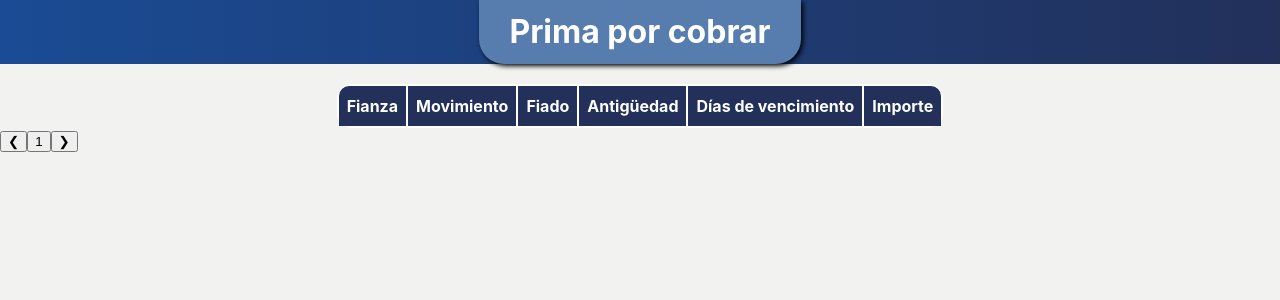
Repository: PCGP22/prueba-t-cnica-liberty-finanzas
Page: / (app in Prueba técnica full-stack/client/)
The author's editor kept a copy of each file at every save. The page is drawn from the files as they stood at one save, then again after the next save.
The browser window is 1280 px wide. The pictures show the whole page.
The page's requests for data from a server got no answer. The project was rebuilt for these pictures with package versions that can differ from the ones it lists, and the page was loaded fresh each time. No one was signed in, and anything a server would have sent is missing. Also part of the build but not shown: Prueba técnica full-stack/client/vite.config.js, Prueba técnica full-stack/client/src/components/Card.jsx, Prueba técnica full-stack/client/src/components/CardsContainer.jsx, Prueba técnica full-stack/client/src/components/Filters.jsx.

Above is the page before, as saved 2023-11-14 08:06:05.

### Prueba técnica full-stack/client/src/App.jsx
import { dataContext } from "./context/dataContext";
import Table from "./components/Table";
import { useEffect, useReducer } from "react";
import Pagination from "./components/pagination";
import reducer from "./hooks/Reducer";
import Header from "./components/Header";

function App() {
  let url = "http://localhost:5000/primas";
  const initialState = {
    backupData: {},
    data: {},
    dataToShow: {},
    currentPage: 1,
    maxPages: 1,
    contentPerPage: 8,
  };

  const [state, dispatch] = useReducer(reducer, initialState);
  useEffect(() => {
    fetch(url)
      .then((res) => res.json())
      .then((data) => dispatch({ type: "initialize", payload: data.primas }));
  }, [url]);

  return (
    <dataContext.Provider value={[state, dispatch]}>
      <Header />
      <Table />
      <Pagination />
    </dataContext.Provider>
  );
}

export default App;

### Prueba técnica full-stack/client/src/index.css
:root {
  font-family: Inter, system-ui, Avenir, Helvetica, Arial, sans-serif;
  line-height: 1.5;
  font-weight: 400;
  --background-color: #f2f2f1;
  --darkest-blue: #22305a;
  --blue: #1a4b94;
  --light-blue: #577dae;
  --lightest-blue: #9fbde4;
  --status-red: #de7878;
  --status-yellow: #f6c476;
  --status-green: #8fc475;
  --icon-red: #b93d3d;
  --icon-green: #6cb85d;
  --text-blue: #3a689d;
  --text-red:  #af2e2c;
  --box-shadow: black 2px 2px 5px;
}
body, h1{
  margin: 0;
  padding: 0;
}
body{
  background-color:var(--background-color);
}
header{
  display: flex;
  flex-direction: column;
  align-items: center;
}
h1{
  display: inline-block;
  padding: 8px 30px;
  border-radius: 0 0 25px 25px;
  background-color: var(--light-blue);
  color:white;
  text-align: center;
  box-shadow: var(--box-shadow);
}

header{
  background-image: linear-gradient(to right,var(--blue), var(--darkest-blue));
  width: 100%;
}

.filters{
  margin-top: 40px;
  display: flex;
  gap: 40px;
  align-self: flex-start;
  padding-left: 5%;
}
.filters select{
  height: 40px;
  font-size: larger;
  border-radius: 5px;
  border: black 2px solid;
}

.cards{
  padding: 2% 5%;
  box-sizing: border-box;
  display: flex;
  justify-content: space-between;
  width: 100%;
}

.cards figure{
  background-color: var(--background-color);
  min-width: 250px;
  padding: 0.5% 2%;
  border-radius: 10px;
  box-shadow: var(--box-shadow);
}

.cards figure h3{
  margin: 0;
}

.cards figure > p{
  font-size: 1.8em;
  text-align: center;
}

.cards div{
  display: inline-flex;
  flex-wrap: wrap;
  max-width: 40%;
  align-items: center;
  justify-content: center;
  gap:20px;
}

.cards div p {
  margin: 0;
}

.cards div p:first-of-type {
  font-size: 1.5em;
}

.cards div p:last-of-type{
  font-size: 1.2em;
  margin: 0;
}

.icon{
  background-image: linear-gradient(to right,var(--blue), var(--darkest-blue));
  font-size: 1.5em;
  padding: 4px;
  border-radius: 50%;
}
.positive{
  color:var(--text-blue);
  margin-right: 20px;
}
.negative{
  color:var(--text-red);
  margin-left:20px;
}
.cross{
  color: var(--icon-red)
}
.check{
  color: var(--icon-green)
}

table{
  margin: auto;
  margin-top: 20px;
  background-color:white;
  border-radius:15px;
}
table tr:first-child{
  background-color:var(--darkest-blue);
  color:white;
}

table tr th:first-child{
  border-radius:10px 0 0 0;
}

table tr th:last-child{
  border-radius: 0 10px  0 0;
}
table tr th{
  padding: 8px;
}

### Prueba técnica full-stack/client/src/context/dataContext.js
import { createContext } from "react";

export const dataContext = createContext();

### Prueba técnica full-stack/client/src/components/Table.jsx
import { calculateAntiquityInDays } from "../utils/utils";
import { useContext } from "react";
import { dataContext } from "../context/dataContext";

function Table() {
  const [state, dispatch] = useContext(dataContext);

  return (
    <table>
      <tbody>
        <tr>
          <th>Fianza</th>
          <th>Movimiento</th>
          <th>Fiado</th>
          <th>Antigüedad</th>
          <th>Días de vencimiento</th>
          <th>Importe</th>
        </tr>
        {state.dataToShow.length > 0 &&
          state.dataToShow.map((t) => {
            let antiquity = calculateAntiquityInDays(
              t.datos["fecha de emisión"]
            );
            let daysSinceStale = calculateAntiquityInDays(
              t.datos["fecha de vencimiento"]
            );
            if (daysSinceStale < 0) daysSinceStale = 0;
            return (
              <tr key={t.datos.código_de_fianza}>
                <td>{t.datos.código_de_fianza}</td>
                <td>{t.datos.tipo_de_movimiento}</td>
                <td>{t.datos.fiado}</td>
                <td>{antiquity}</td>
                <td>{daysSinceStale}</td>
                <td>${t.datos.importe.toLocaleString()}</td>
              </tr>
            );
          })}
      </tbody>
    </table>
  );
}

export default Table;

### Prueba técnica full-stack/client/src/components/pagination.jsx
import { useContext } from "react";
import { dataContext } from "../context/dataContext";

function Pagination() {
  const [state, dispatch] = useContext(dataContext);

  //   return <button onClick={() => dispatch({ type: "change" })}>Cambiar</button>;
  //   const { state.maxPages, state.currentPage, setstate.CurrentPage, setNextPage, setPrevPage } =
  // useContext(dataContext);
  //This pagination is somewhat complex because I've used it before in bigger proyects.
  //First, it initializes the pagination buttons to the first 6 numbers except for the number 1
  //The reason it doesn't includes the first page is because the first and last page buttons are always shown
  let pagesButtons = [2, 3, 4, 5, 6];
  //while the current page stays on the first three pages, show all first 6
  //The reason for the if, it's that I want the first 6 buttons to be shown when returning from the latest pages
  if (
    state.currentPage === 1 ||
    state.currentPage === 2 ||
    state.currentPage === 3
  ) {
    pagesButtons = [2, 3, 4, 5, 6];
  }
  //As soon as we change to page 4 or more, let's follow the current page and
  //add two buttons to the left and two to the right
  if (state.currentPage >= 4) {
    pagesButtons = [
      state.currentPage - 2,
      state.currentPage - 1,
      state.currentPage,
      state.currentPage + 1,
      state.currentPage + 2,
    ];
  }
  //When approaching to the right end of the pagination, show the last 5 pages
  if (
    state.currentPage === state.maxPages - 1 ||
    state.currentPage === state.maxPages - 2 ||
    state.currentPage === state.maxPages
  ) {
    //The reason it doesn't includes the last page is because the first and last page buttons are always shown
    pagesButtons = [
      state.maxPages - 5,
      state.maxPages - 4,
      state.maxPages - 3,
      state.maxPages - 2,
      state.maxPages - 1,
    ];
  }
  return (
    <section className="pagination">
      <button
        //About the class: When in first or last page the navigation chevrons will have a special class
        //The same happens when the button is the current page
        className={`${state.currentPage === 1 && "disabled"}`}
        onClick={() => dispatch({ type: "prevPage" })}>
        ❮
      </button>
      {/* First button, always shown */}
      <button
        className={`${state.currentPage === 1 && "disabled"}`}
        onClick={() => dispatch({ type: "setPage", payload: 1 })}>
        1
      </button>
      {/* Adds three dots in case the current page is bigger than 4*/}
      {state.currentPage > 4 && <p>•••</p>}
      {/* Map through all pages defined in the first part*/}
      {pagesButtons.map((p) => {
        if (p > 1 && p < state.maxPages)
          return (
            <button
              className={`${state.currentPage === p && "disabled"}`}
              key={p}
              onClick={() => dispatch({ type: "setPage", payload: p })}>
              {p}
            </button>
          );
      })}
      {/* Adds three dots in case the current page is getting closer to the right end*/}
      {state.currentPage < state.maxPages - 3 && <p>•••</p>}
      {/* If there's more than 1 page, show always the last page*/}
      {state.maxPages > 1 && (
        <button
          className={`${state.currentPage === state.maxPages && "disabled"}`}
          onClick={() =>
            dispatch({ type: "setPage", payload: state.maxPages })
          }>
          {state.maxPages}
        </button>
      )}
      <button
        className={`${state.currentPage === state.maxPages && "disabled"}`}
        onClick={() => dispatch({ type: "nextPage" })}>
        ❯
      </button>
    </section>
  );
}

export default Pagination;

### Prueba técnica full-stack/client/src/hooks/Reducer.js
function reducer(state, action) {
  function divideData(data, currentPage, state) {
    let dividedData = data.slice(
      (currentPage - 1) * state.contentPerPage,
      currentPage * state.contentPerPage
    );
    return dividedData;
  }
  function calculateMaxPages(data, state) {
    let maxPages = Math.ceil(data.length / state.contentPerPage);
    return maxPages;
  }
  const { type, payload } = action;
  switch (type) {
    case "initialize":
      return {
        ...state,
        backupData: payload,
        data: payload,
        dataToShow: divideData(payload, 1, state),
        maxPages: calculateMaxPages(payload, state),
      };
    case "prevPage":
      if (state.currentPage > 1) {
        return {
          ...state,
          currentPage: state.currentPage - 1,
          dataToShow: divideData(state.data, state.currentPage - 1, state),
        };
      } else return state;
    case "nextPage":
      if (state.currentPage < state.maxPages) {
        return {
          ...state,
          currentPage: state.currentPage + 1,
          dataToShow: divideData(state.data, state.currentPage + 1, state),
        };
      } else return state;
    case "setPage":
      return {
        ...state,
        currentPage: payload,
        dataToShow: divideData(state.data, payload, state),
      };
    case "filter":
      if (payload.filter === "") {
        return { ...state, dataToShow: state.backupData };
      } else
        return {
          ...state,
          dataToShow: state.backupData.filter(
            (d) => d[payload.type] === payload.filter
          ),
        };
    default:
      return state;
  }
}

export default reducer;

### Prueba técnica full-stack/client/src/components/Header.jsx
import CardsContainer from "./CardsContainer";
import Filters from "./Filters";

function Header() {
  return (
    <header>
      <h1>Prima por cobrar</h1>
      <Filters />
      <CardsContainer />
    </header>
  );
}

export default Header;

### Prueba técnica full-stack/client/src/utils/utils.js
//This function calculates how many days have passed since a date
export function calculateAntiquityInDays(date) {
  let parsedDate = parseDate(date);
  const CONSTANT_Ms_TO_DAYS = 86400000;
  let today = new Date();
  let comparisonDate = new Date(parsedDate);
  return Math.trunc((today - comparisonDate) / CONSTANT_Ms_TO_DAYS) - 1;
}

//transforms the date DD/MM/YYYY to an acceptable MM/DD/YYYY
function parseDate(date) {
  let stringToArray = date.split("/");
  let temp = stringToArray[0];
  stringToArray[0] = stringToArray[1];
  stringToArray[1] = temp;
  return stringToArray.join("/");
}

Loaded but not shown: Prueba técnica full-stack/client/index.html (common file); Prueba técnica full-stack/client/src/main.jsx (common file)

After the next save:
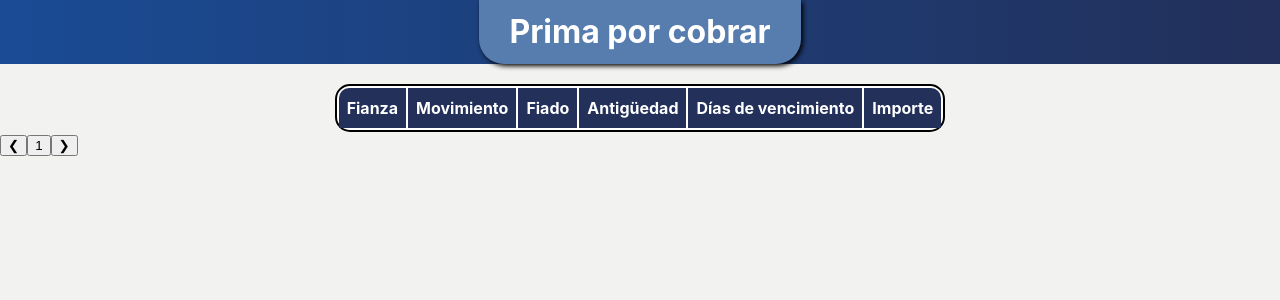
Saved 26 s later.
--- a/Prueba técnica full-stack/client/src/index.css
+++ b/Prueba técnica full-stack/client/src/index.css
@@ -146,3 +146,7 @@ table tr th:last-child{
 table tr th{
   padding: 8px;
 }
+
+table{
+  border: black solid 2px;
+}
